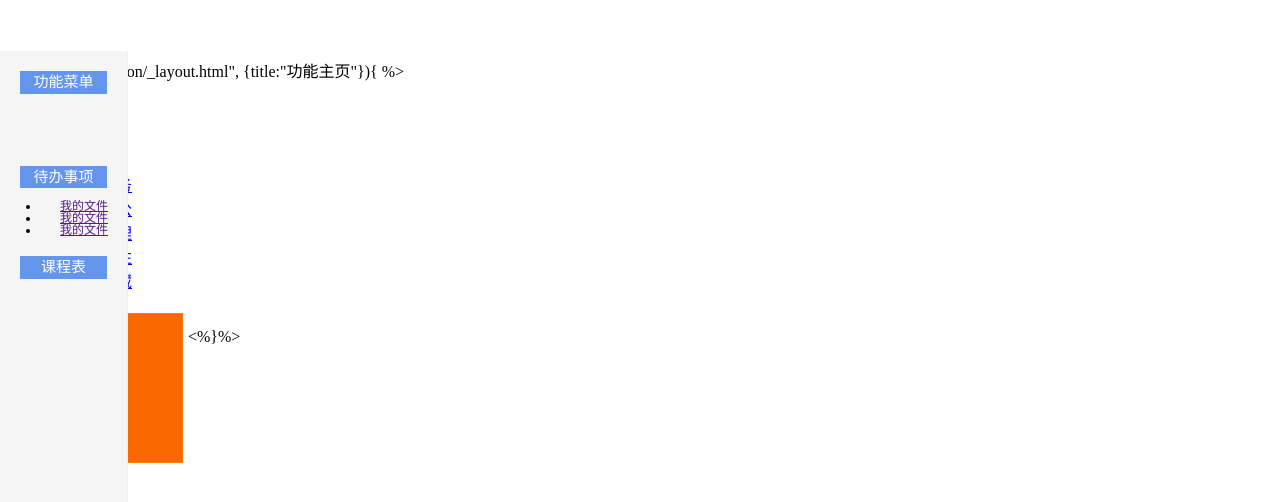
Repository: GaoChengliang/summerTask
Page: Campus_gcl/WebRoot/index/index.html
The author's editor kept a copy of each file at every save. The page is drawn from the files as they stood at one save, then again after the next save.
The browser window is 1280 px wide. The pictures show the whole page.

Above is the page before, as saved 2015-08-14 01:24:05.
Console error: ReferenceError: $ is not defined

After the next save:
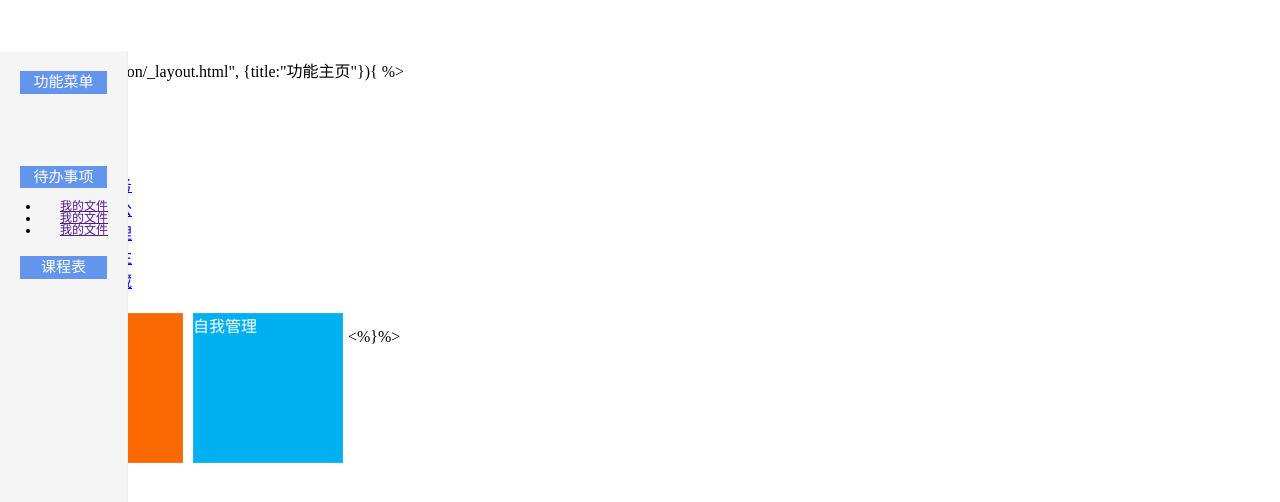
Saved 41 s later.
--- a/Campus_gcl/WebRoot/index/index.html
+++ b/Campus_gcl/WebRoot/index/index.html
@@ -51,6 +51,12 @@
               		 		自我管理
         				 </div>
 					</div>
+
+					<div class="tab-pane fade" id="education">
+						 <div class="tile-square bg-blue fg-white">
+              		 		自我管理
+        				 </div>
+					</div>
 				</div>
 		</div>
         </div>
